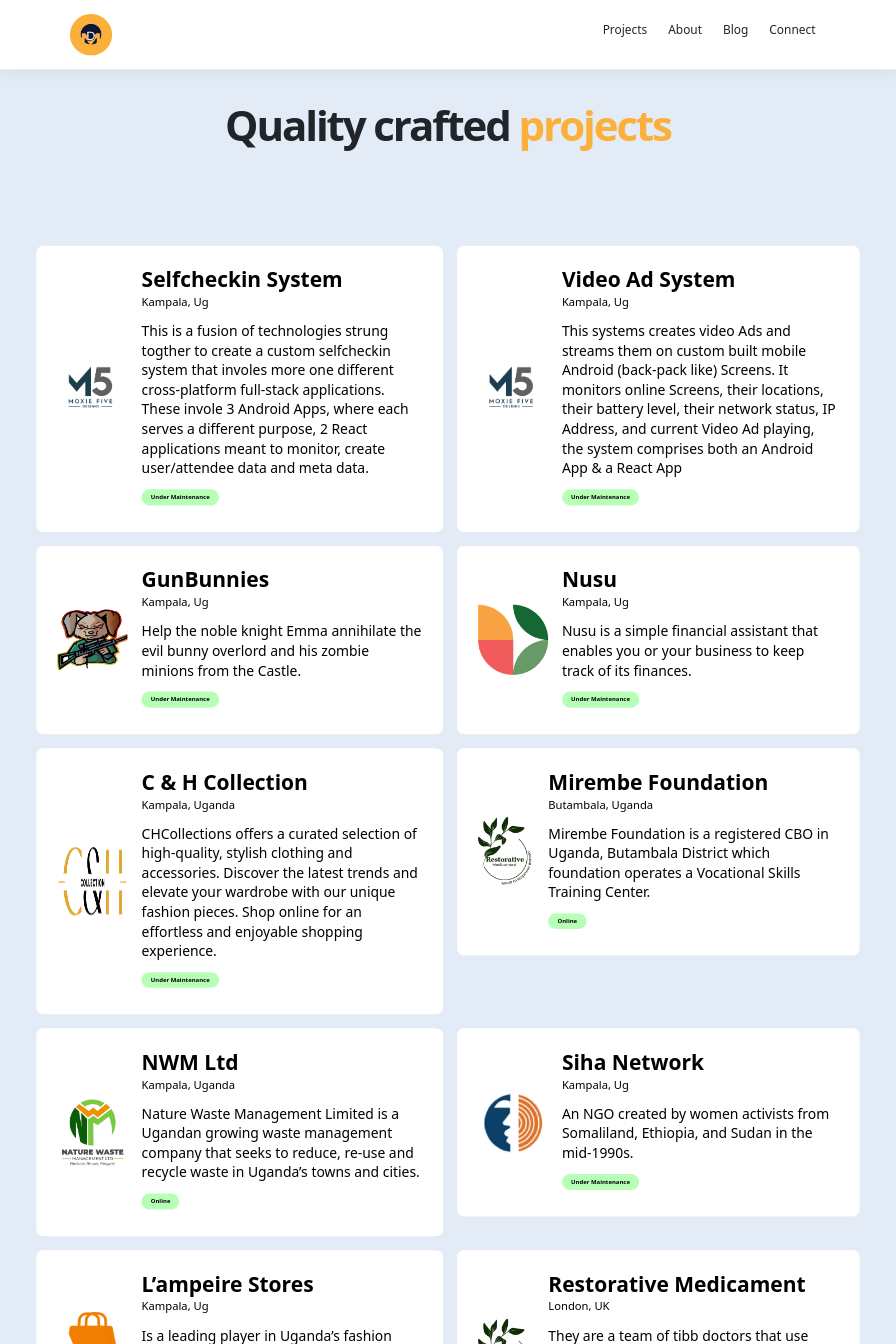
Repository: kaizoku010/firebrand
Page: /apps
These files come from the project's save history. The page is drawn as it stood at one moment and after the next save; the edit follows.
The browser window is 1280 px wide. The pictures show the part of the page from y = 0 to 1920 px (the page is 3893 px tall), at 70% of full size.
The project was rebuilt for these pictures with package versions that can differ from the ones it lists, and the page was loaded fresh each time. Also part of the build but not shown: vite.config.js, src/update/homescreen.css, src/update/homescreen.js, src/update/blog.css, src/update/blog.js, src/update/connect.css, src/update/connect.js. Imported but missing from the stored project, and not drawn on this page: src/update/about.js.

Above is the page before, as saved 2024-05-27 15:59:26.

After the next save:
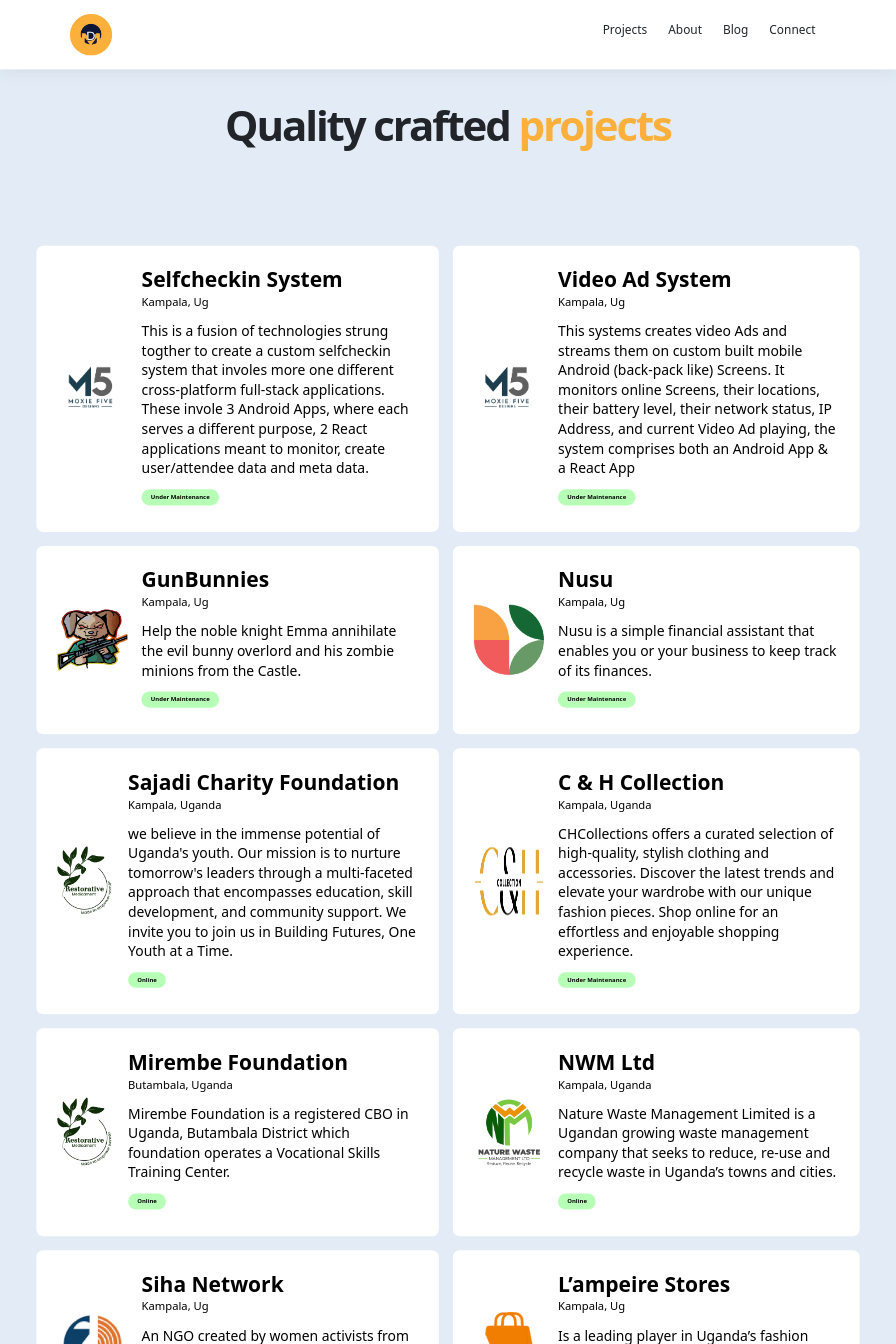
Saved 7 s later.
--- a/src/dataPoint/AllProjects.js
+++ b/src/dataPoint/AllProjects.js
@@ -70,7 +70,15 @@
 
   },
 
-
+  {
+    id: '342',
+    title: 'Sajadi Charity Foundation',
+    techStacks: ["Online"],
+    location: 'Kampala, Uganda',
+    desc: "we believe in the immense potential of Uganda's youth. Our mission is to nurture tomorrow's leaders through a multi-faceted approach that encompasses education, skill development, and community support. We invite you to join us in Building Futures, One Youth at a Time.",
+    icon: Medica,
+    link: 'http://sajadi.ug/',
+  },
   {
     id: '4',
     title: 'C & H Collection',
